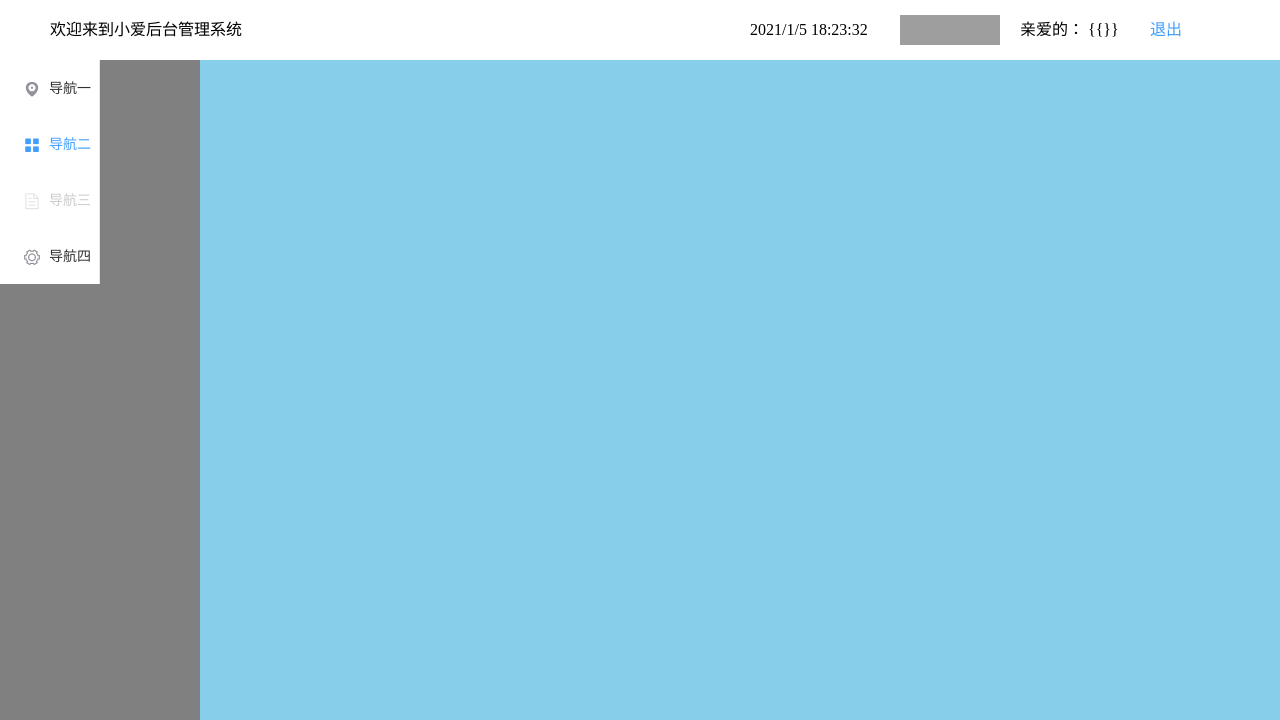
Repository: heyegang/vuex
Page: /
An editor plug-in stored every save of this project. The page is shown before and after the next save, followed by the edit.
The browser window is 1280 px wide. The pictures show the whole page.
Pictures or frames that could not be fetched are drawn as grey boxes. The project was rebuilt for these pictures with package versions that can differ from the ones it lists, and the page was loaded fresh each time. Also part of the build but not shown: vue.config.js.

Above is the page before, as saved 2021-01-06 14:21:57.

After the next save:
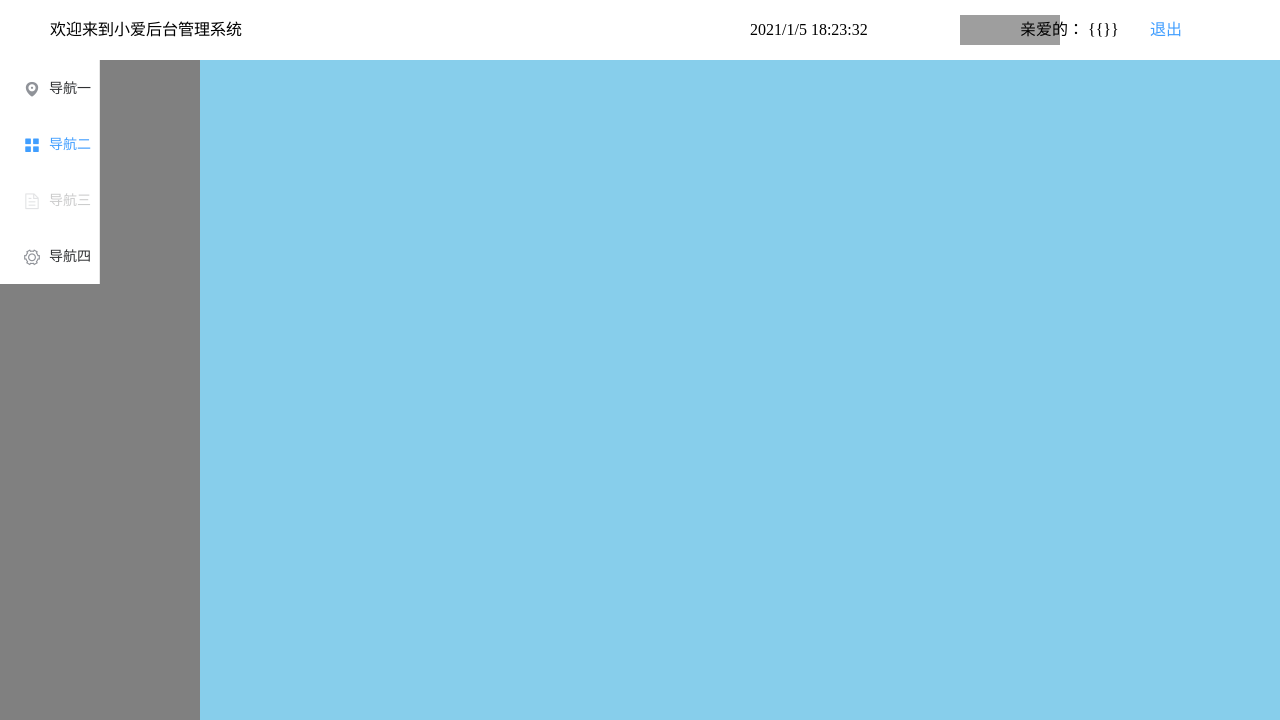
Saved 39 s later.
--- a/src/components/navheader/NavHeader.vue
+++ b/src/components/navheader/NavHeader.vue
@@ -93,7 +93,7 @@ export default {
 .weather{
     width: 100px;
     position: absolute;
-    right: 130px;
+    right: 100px;
     top: 5px;
 }
 .hello{
